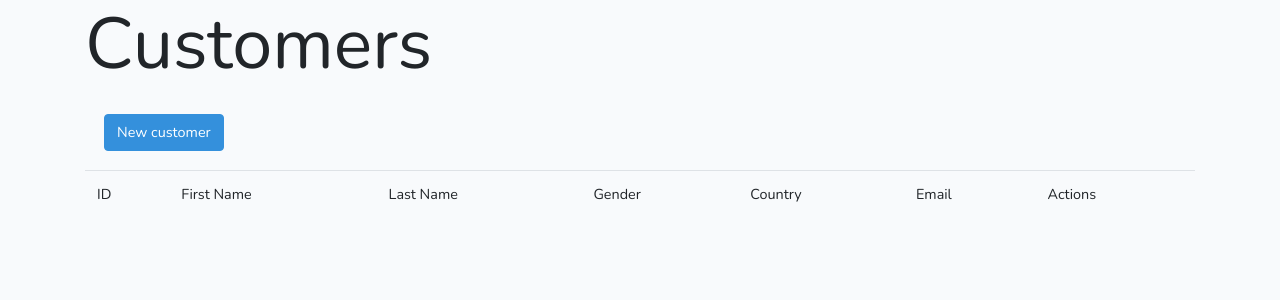
Repository: GilmarBrito/kcsit
Page: http://localhost/customers
The author's editor kept a copy of each file at every save. The page is drawn from the files as they stood at one save, then again after the next save.
The browser window is 1280 px wide. The pictures show the whole page.
The page is served by the project's Laravel application, run on PHP 8.4 with Laravel 8. Style sheets and scripts are compiled from the project's sources, by tool versions that may differ from the author's. Queries for data that is not in the repository find no rows.

Above is the page before, as saved 2020-03-08 15:02:55.

After the next save:
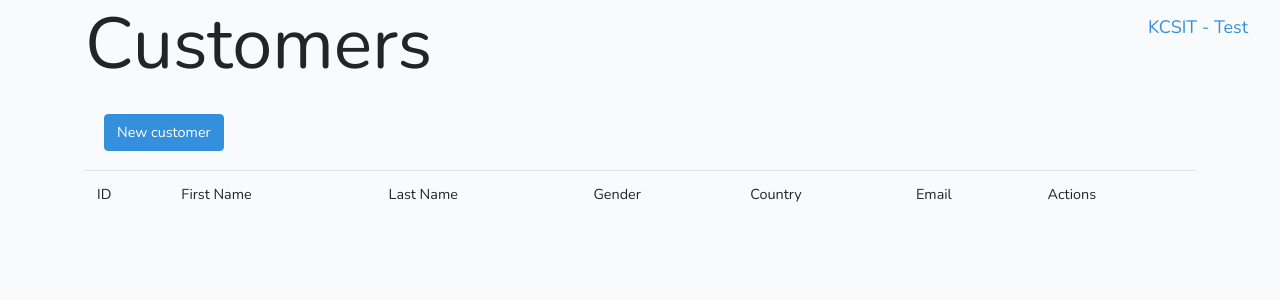
Saved 114 s later.
--- a/resources/views/base.blade.php
+++ b/resources/views/base.blade.php
@@ -7,6 +7,29 @@
     <link href="{{ asset('css/app.css') }}" rel="stylesheet">
 </head>
 <body>
+<nav class="navbar navbar-toggleable-md navbar-inverse fixed-top bg-inverse">
+        <button class="navbar-toggler navbar-toggler-right" type="button" data-toggle="collapse"
+                data-target="#navbarCollapse" aria-controls="navbarCollapse" aria-expanded="false"
+                aria-label="Toggle navigation">
+            <span class="navbar-toggler-icon"></span>
+        </button>
+        <a class="navbar-brand" href="{{ url('/') }}">
+            {{ config('app.name', 'Laravel') }}
+        </a>
+        <div class="collapse navbar-collapse" id="navbarCollapse">
+            <ul class="navbar-nav mr-auto">
+                <li class="nav-item active">
+                    <a class="nav-link" href="#">Home <span class="sr-only">(current)</span></a>
+                </li>
+                <li class="nav-item">
+                    <a class="nav-link" href="#">Link</a>
+                </li>
+                <li class="nav-item">
+                    <a class="nav-link disabled" href="#">Disabled</a>
+                </li>
+            </ul>
+        </div>
+    </nav>
     <div class="container">
         @yield('main')
     </div>
